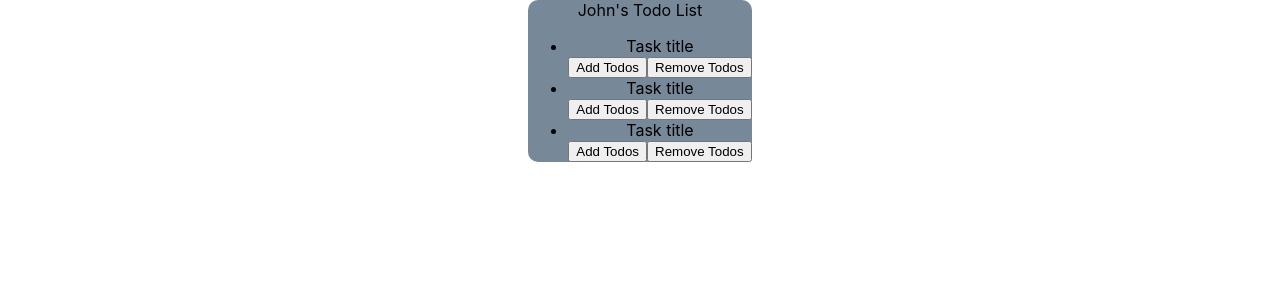
Repository: JohnKang0720/Simple-Todo-List
Page: /
An editor plug-in stored every save of this project. The page is shown before and after the next save, followed by the edit.
The browser window is 1280 px wide. The pictures show the whole page.
The project was rebuilt for these pictures with package versions that can differ from the ones it lists, and the page was loaded fresh each time.

Above is the page before, as saved 2021-05-24 21:00:28.

### src/App.js
import logo from './logo.svg';
import './App.css';
import TodoList from './TodoList'
import {taskContext} from './TodoList'
import React, {useContext, useState} from 'react'
import Todoform from './Todoform';


function App() {

  return (
    <TodoList >

    <div className="App">
     John's Todo List
   <Todoform />
    </div>
    </TodoList>

  );
}

export default App;

### src/App.css
.App {
  text-align: center;
}

.App-logo {
  height: 40vmin;
  pointer-events: none;
}

@media (prefers-reduced-motion: no-preference) {
  .App-logo {
    animation: App-logo-spin infinite 20s linear;
  }
}

.App-header {
  background-color: #282c34;
  min-height: 100vh;
  display: flex;
  flex-direction: column;
  align-items: center;
  justify-content: center;
  font-size: calc(10px + 2vmin);
  color: white;
}

.App-link {
  color: #61dafb;
}
body{
  width: 100%;
  height: 100%;
  display: flex;
  align-items: center;
  justify-content: center;
}
.App{
  background: lightslategray;
  width: 100%;
  height: 100%;
  position: relative;
  border-radius: 10px;
  box-shadow:black;

}

@keyframes App-logo-spin {
  from {
    transform: rotate(0deg);
  }
  to {
    transform: rotate(360deg);
  }
}

### src/TodoList.js
import React, {useState, createContext} from 'react'
import Todoform from './Todoform'

export const taskContext = createContext(null)
const TodoList = (props) => {

 const [input, setInput] = useState([
  {task: "Read", id: 1},
  {task: "Dishes", id: 2},
  {task: "HW", id: 3}
 ])

 return(
    <taskContext.Provider value = {{input}}>
    {props.children}
    </taskContext.Provider>
 )
}

export default TodoList

### src/Todoform.js
import React, {useContext} from 'react'
import {taskContext} from './TodoList'
import List from './List'
function Todoform() {
    const {input} = useContext(taskContext)
    return (

        <ul>
            {input.map((task) => {
            return (
            <List/>
            )
            })}
        </ul>

    )
}

export default Todoform

### src/List.js
import React from 'react'

function List() {
    return (
        <li>
            <span> Task title</span>
            <div>
                <button> Add Todos </button>
                <button> Remove Todos </button>
            </div>
        </li>

    )
}

export default List

Loaded but not shown: public/index.html (common file); src/index.js (common file); src/index.css (common file); src/reportWebVitals.js (common file)

After the next save:
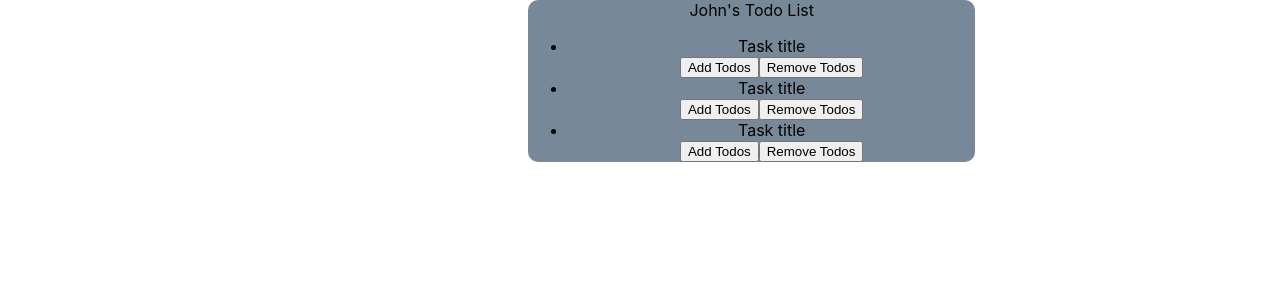
Saved 8 s later.
--- a/src/App.css
+++ b/src/App.css
@@ -36,8 +36,8 @@
 }
 .App{
   background: lightslategray;
-  width: 100%;
-  height: 100%;
+  width: 200%;
+  height: 200%;
   position: relative;
   border-radius: 10px;
   box-shadow:black;

After the save that followed:
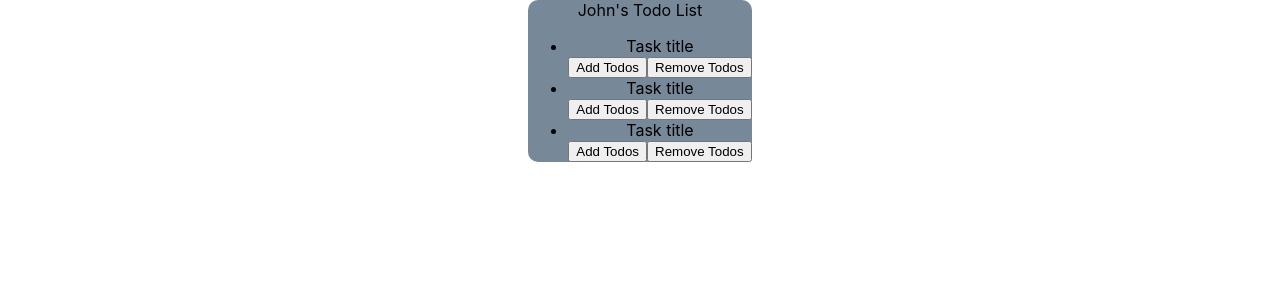
Saved 7 s later.
--- a/src/App.css
+++ b/src/App.css
@@ -36,8 +36,8 @@
 }
 .App{
   background: lightslategray;
-  width: 200%;
-  height: 200%;
+  width: 100%;
+  height: 100%;
   position: relative;
   border-radius: 10px;
   box-shadow:black;
